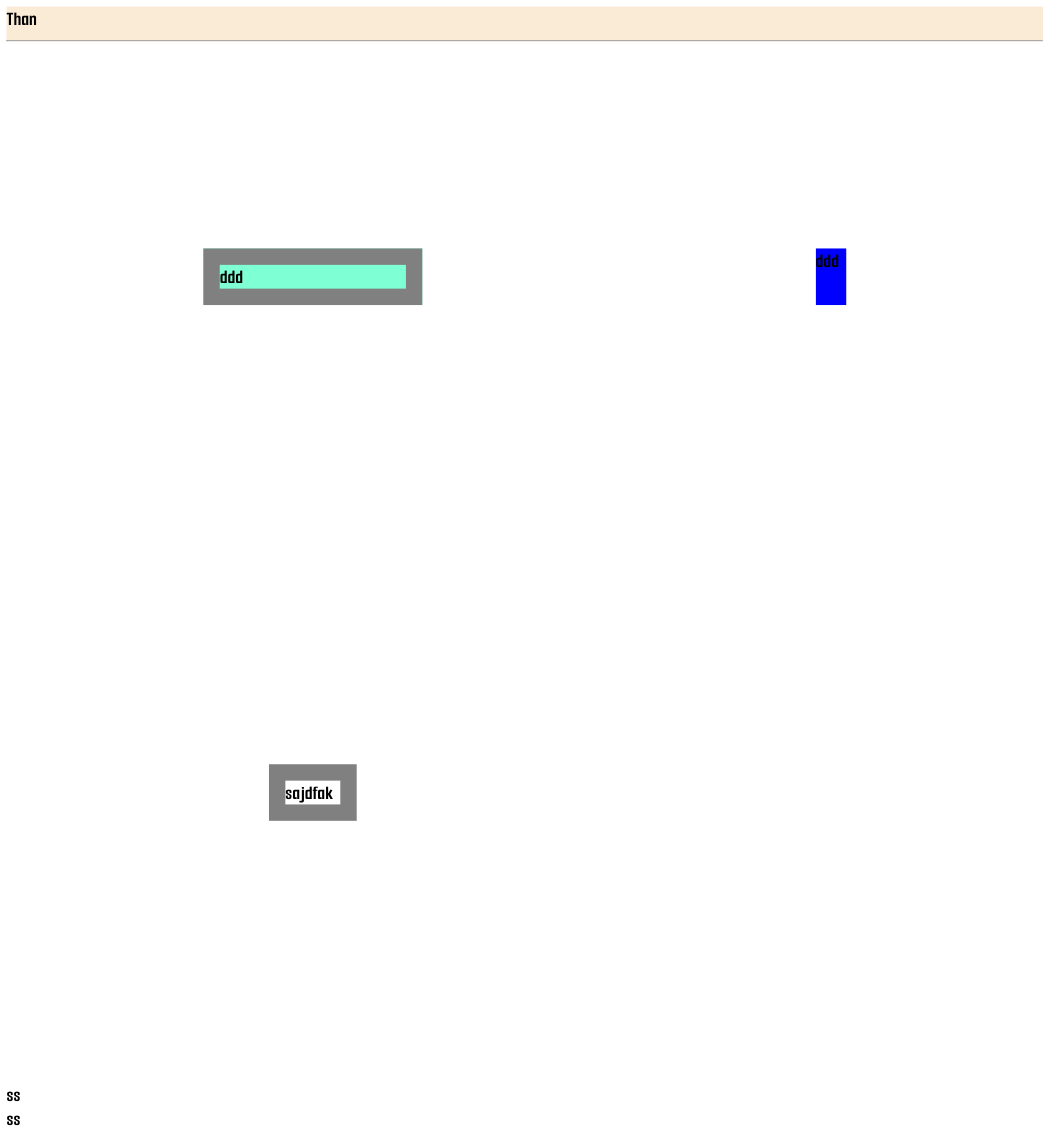
Repository: Than-dot/Than-dot
Page: index.html
The author's editor kept a copy of each file at every save. The page is drawn from the files as they stood at one save, then again after a run of saves.
The browser window is 1280 px wide. The pictures show the whole page, at 82% of full size.

Above is the page before, as saved 2026-04-22 12:43:59.

After the next 2 saves:
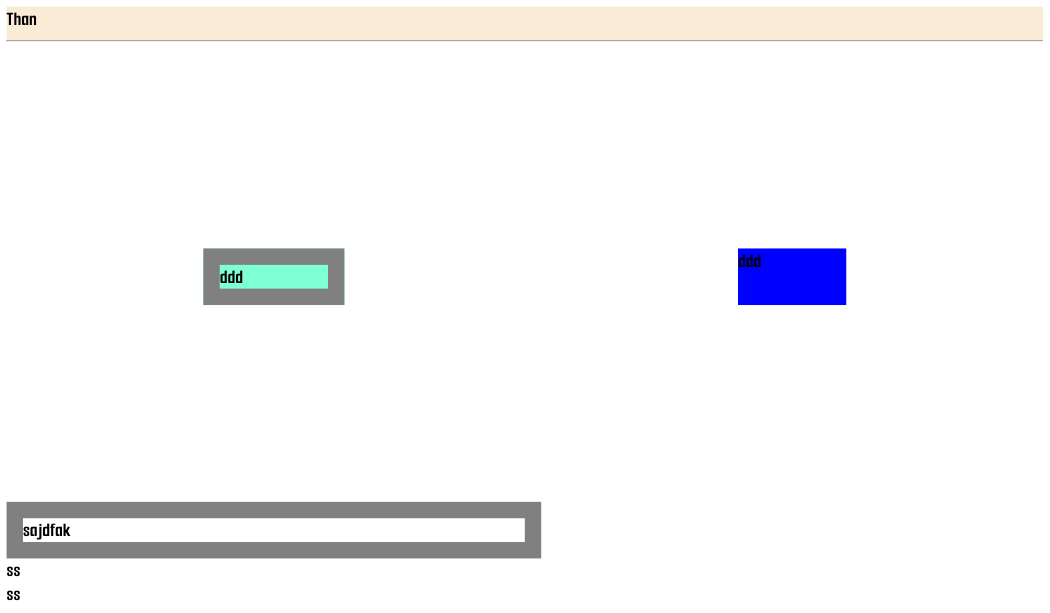
The 2 saves are shown as one change because they came seconds apart.
The last was saved 7 s later.
--- a/styles/index.css
+++ b/styles/index.css
@@ -19,6 +19,5 @@ header {
 }
 
 .stats {
-  margin: 20rem;
   border: 20px solid grey;
 }
